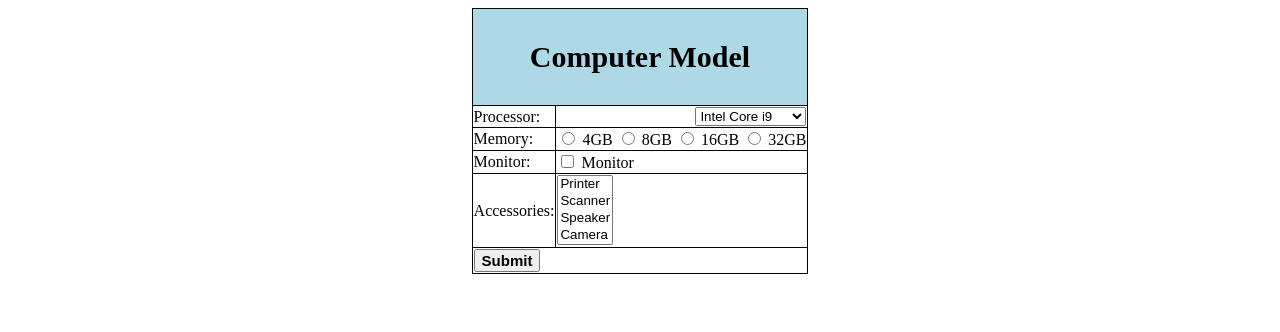
Repository: FatCat0712/JSP
Page: http://localhost/bai_20/computer.jsp
An editor plug-in stored every save of this project. The page is shown before and after the next save, followed by the edit.
The browser window is 1280 px wide. The pictures show the whole page.
The page is served by Tomcat 9.

Above is the page before, as saved 2024-04-22 12:31:16.

After the next save:
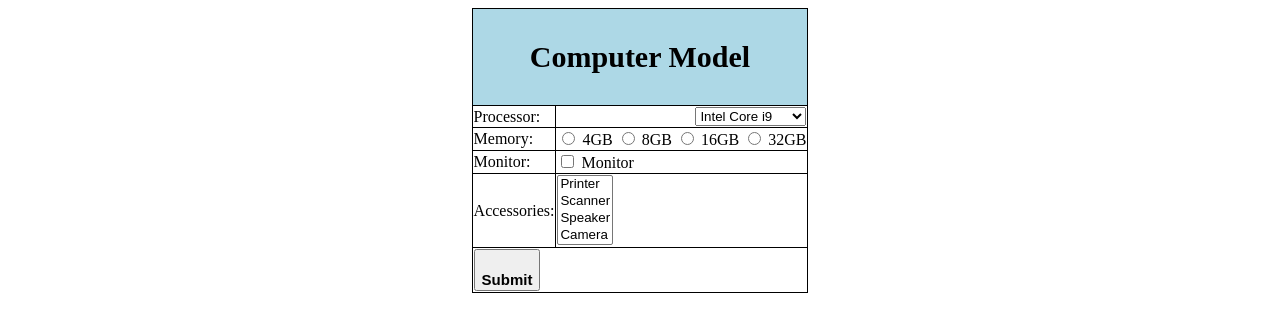
Saved 21 s later.
--- a/bai_20/src/main/webapp/computer.jsp
+++ b/bai_20/src/main/webapp/computer.jsp
@@ -81,7 +81,7 @@
 
 			<tr>
 				<td colspan="2">
-					<input type="submit" value="Submit" style="font-weight: bold; font-size: 15px"/>
+					<input type="submit" value="Submit" style="font-weight: bold; font-size: 15px; padding-top: 20px"/>
 				</td>
 
 			</tr>

After the save that followed:
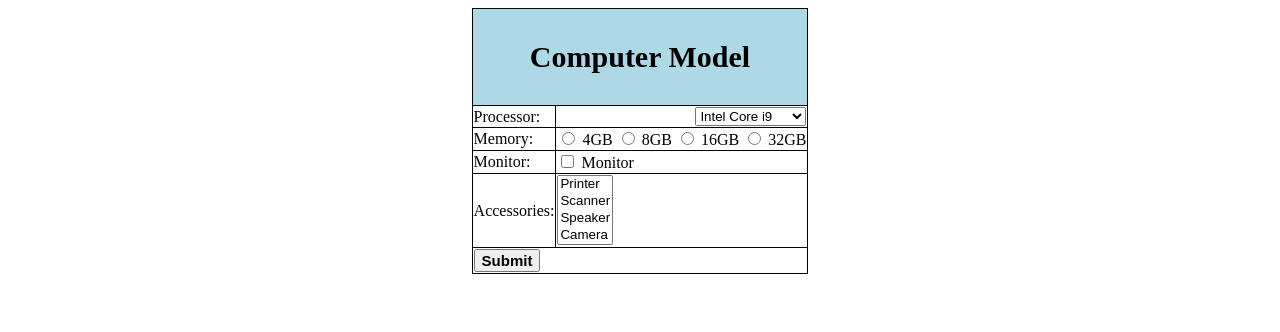
Saved 11 s later.
--- a/bai_20/src/main/webapp/computer.jsp
+++ b/bai_20/src/main/webapp/computer.jsp
@@ -81,7 +81,7 @@
 
 			<tr>
 				<td colspan="2">
-					<input type="submit" value="Submit" style="font-weight: bold; font-size: 15px; padding-top: 20px"/>
+					<input type="submit" value="Submit" style="font-weight: bold; font-size: 15px;"/>
 				</td>
 
 			</tr>
